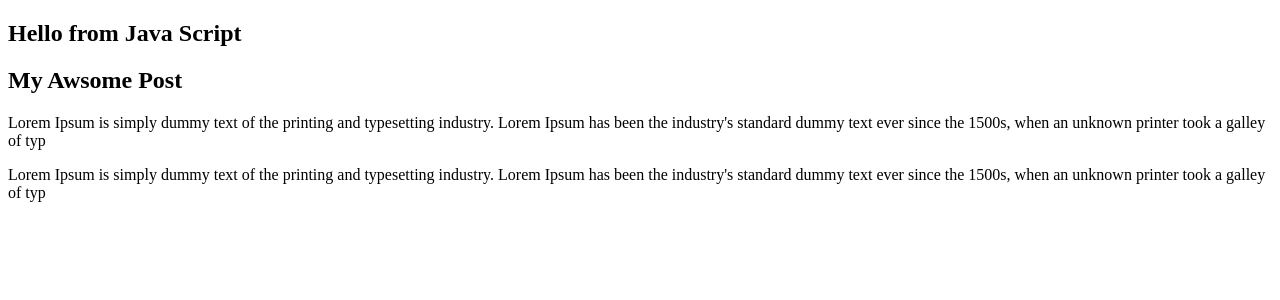
Repository: nema38/30DaysTrainning
Page: 30Days07/index.html
An editor plug-in stored every save of this project. The page is shown before and after the next save, followed by the edit.
The browser window is 1280 px wide. The pictures show the whole page.
Some web libraries are served in a nearby version.

Above is the page before, as saved 2014-04-16 16:58:04.

After the next save:
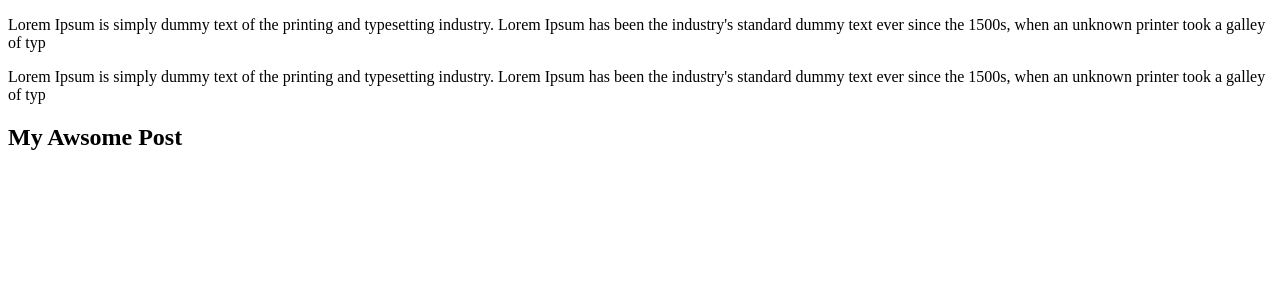
Saved 2 min 45 s later.
--- a/30Days07/index.html
+++ b/30Days07/index.html
@@ -21,10 +21,7 @@
 
 		<script>
 			(function() {
-				$('<h2></h2>', {
-					text: 'Hello from Java Script',
-					class: 'myClass'
-				}).prependTo('article');
+				$('h1').appendTo('article');
 			})();
 		</script>
 
